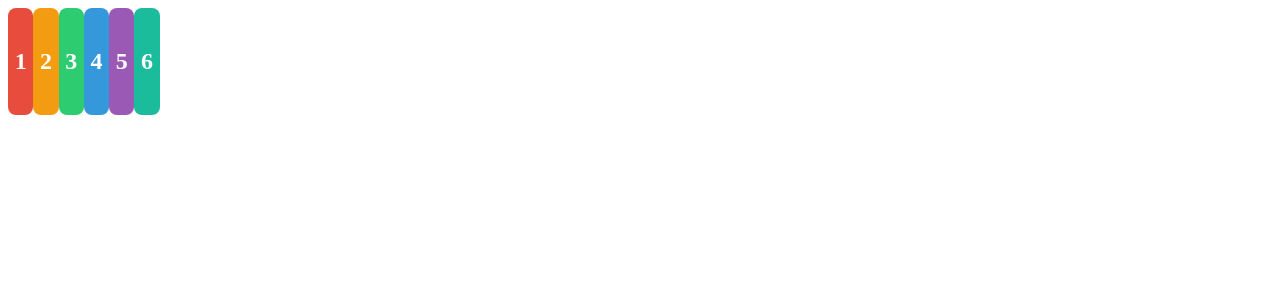
Repository: mertfurkandgn/artpainting
Page: card-1/index.html
The author's editor kept a copy of each file at every save. The page is drawn from the files as they stood at one save, then again after the next save.
The browser window is 1280 px wide. The pictures show the whole page.

Above is the page before, as saved 2025-07-30 21:28:38.

After the next save:
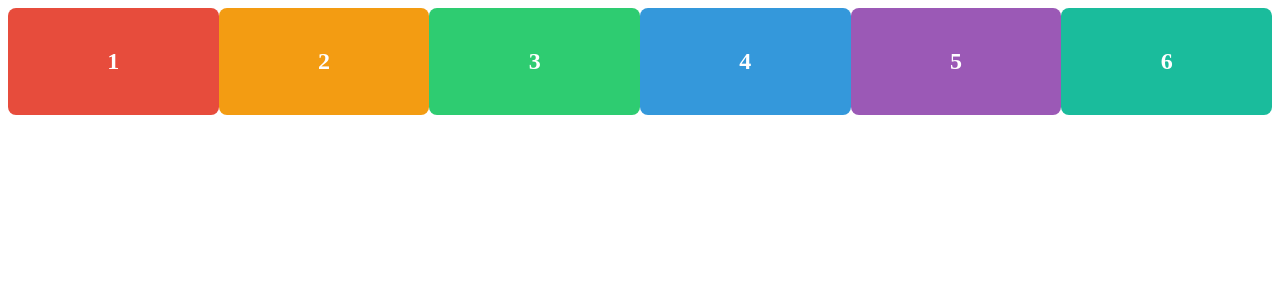
Saved 8 min 59 s later.
--- a/card-1/css/style.css
+++ b/card-1/css/style.css
@@ -1,6 +1,6 @@
 .grid-container{
     display: grid;
-    grid-template-columns: repeat(50, 1fr);
+    grid-template-columns: repeat(6, 1fr);
 }
 .item {
       color: white;
